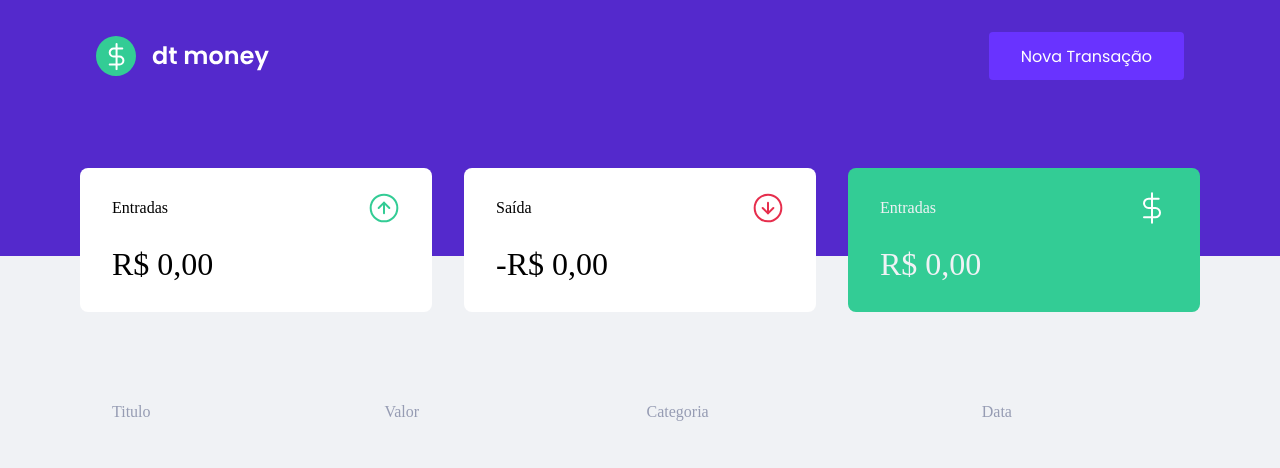
Repository: viniciusfg05/vlmoney
Page: /
These files come from the project's save history. The page is drawn as it stood at one moment and after the next save; the edit follows.
The browser window is 1280 px wide. The pictures show the whole page.
The page's requests for data from a server got no answer. The project was rebuilt for these pictures with package versions that can differ from the ones it lists, and the page was loaded fresh each time. No one was signed in, and anything a server would have sent is missing.

Above is the page before, as saved 2022-02-24 15:32:06.

### public/index.html
<!DOCTYPE html>
<html lang="en">
  <head>
    <link rel="preconnect" href="https://fonts.googleapis.com" />

    <meta charset="utf-8" />
    <meta name="viewport" content="width=device-width, initial-scale=1" />

    <link rel="shortcut icon" href="favicon.png" type="image/png" />

    <link rel="preconnect" href="https://fonts.gstatic.com" crossorigin />
    <link
      href="https://fonts.googleapis.com/css2?family=Poppins:wght@400;500;600&display=swap"
      rel="stylesheet"
    />
    <title>VlMoney</title>
  </head>
  <body>
    <noscript>You need to enable JavaScript to run this app.</noscript>
    <div id="root"></div>
  </body>
</html>

### src/index.tsx
import React from 'react';
import ReactDOM from 'react-dom';
import { App } from './App';
import { createServer, Model } from 'miragejs'

createServer({
  //criando banco de bados
  //começando com o propriedade models
  models : {
    transaction: Model //modulo que vamos criar
  },

  //Para isso vamos chamar um função chamda seeds, que recebe uma propriedade "server"
  //passando nela o "..." dentro dela o nome do modulo ou tabela no plural "transactions"
  //Depois devolvemos as transactions que eu quero iniciar
  seeds(server) {
    server.db.loadData({
      transactions: [
        {
          id: 1,
          title: "Freelancer Jobs",
          type: "deposit",
          category: "Trabalho",
          amount: 5000,
          createAt: new Date("2022-02-12 09:30:30")
        },
        {
          id: 2,
          title: "Aluguel",
          type: "withdraw",
          category: "Moradia",
          amount: 1000,
          createAt: new Date("2022-02-15 11:30:30")
        }
      ]
    })
  },

  routes() {
    this.namespace = 'api';

    this.get('/transactions', () => {
      return this.schema.all('transaction') //retornar todas a transações
    })//quando ouver uma requisição do tipo get para a rota transactions

    //criando uma rota
    this.post('/transactions', (schema, request) => {
      const data = JSON.parse(request.requestBody) //

      return schema.create('transaction', data)
    })
  }
})



//router: rotas fakes
//this.namespace = 'api': na rota informanda no Useffect "http://localhost:3000/api/transactions" apartir da "api"
//this.get('/transactions')//quando ouver uma requisição do tipo get para a rota transactions
//() => : vou devolver alguma coisa

ReactDOM.render(
  <React.StrictMode>
    <App />
  </React.StrictMode>,
  document.getElementById('root')
);

### src/App.tsx
import { Dashboard } from './components/Dashboards';
import Modal from 'react-modal'
import { Header } from './components/Header';
import { GlobalStyles } from './styles/global';
import { NewTransactionModal } from './components/newTransactionModal';
import { TransactionProvider } from './hooks/useTransactions';
import { useState } from 'react';

Modal.setAppElement('#root');

export function App() {
  //cofigurando modal
  const [isNewTransactionModalOpen, setIsNewTransactionModalOpen] = useState(false)//inicia como false

  function handleOpenNewTransactionModal() {
    setIsNewTransactionModalOpen(true)
  }

  function handleCloseNewTransactionModal() {
    setIsNewTransactionModalOpen(false)
  }

  return (
    //ele receber um value desse contexto, preechemos o valor carregado do contexto
    <TransactionProvider>
      <Header onOpenNewTransationModal={handleOpenNewTransactionModal}/>
      <Dashboard />


      <NewTransactionModal
        isOpen={isNewTransactionModalOpen} //passa o estado da aplicação
        onRequestClose={handleCloseNewTransactionModal}
      />


      <GlobalStyles />
    </TransactionProvider>
  );
}

//export default App: pq nao usar que quem defini o nome da exportação é o importação e não a exportação

### src/components/Dashboards/index.tsx
import { Summary } from "../summary";
import { TransitionsTable } from "../transaction";
import { Container } from "./styles";

 export function Dashboard() {
   return (
    <Container>
    <Summary />
    <TransitionsTable />
    </Container>
   )
 }

### src/components/Header/index.tsx
import logoImg from '../../assets/logo.svg'
import { Container, Content } from './styles'

export function Header() {
  return (
    <Container>
      <Content>
        <img src={logoImg} alt="vlmoney" />
        <button>
          Nova Transação
        </button>
      </Content>
    </Container>
  )
}

### src/styles/global.ts
import { createGlobalStyle } from 'styled-components'

export const GlobalStyles = createGlobalStyle`
  :root {
    --background: #f0f2f5;
    --roxo: #5429CC;
    --roxo-light: #6933FF;
    --green: #33CC95;
    --red: #E62E4D;
    --shape: #FFFFFF;
    --title-body: #363F5F;
    --text-body: #969CB3;
  }

  *{
    margin: 0;
    padding: 0;
    box-sizing: border-box;
  }

  html {
    @media (max-width: 1080px) {
      font-size: 93.75%; // 15px
    }

    @media (max-width: 720px) {
      font-size: 87.5%; // 15px
    }
  }

  body {
    background: var(--background) ;
    -webkit-font-smothing: antialiased; //para font ficar mais nitida
  }

  border-style, input, textarea, button {
    font-family: "Poppins", sans-serif;
    font-weight: 400;
  }

  h1, h2, h3, h4, h5, h6, strong {
    font-weight: 600;
  }

  button {
    cursor: pointer;
  }

  [disabled] {
    opacity: 0.6;
    cursor: not-allowed; //nao permitido
  }

  .react-modal-overlay {
    background: rgba(0, 0, 0, 0.5);

    position: fixed;
    top: 0;
    bottom: 0;
    left: 0;
    right: 0;

    display: flex;
    align-items: center;
    justify-content: center;
  }

  .react-modal-content {
    width: 100%;
    max-width: 576px;
    background-color: var(--background);
    padding: 3rem;
    position: relative; //
    border-radius: 0.25rem;

  }

  .react-modal-close {
    position: absolute;
    right: 1.5rem;
    top: 1.5rem;
    border: 0;
    background: transparent;
    transition: 0.3s;



    &:hover {
      filter: brightness(0.8);
    }
  }
`

### src/components/newTransactionModal/index.tsx
import { FormEvent, useState, useContext } from "react";
import Modal from "react-modal";
import { Container, TrasactionTypeContainer, RadioButton } from "./styles";
import { useTransactions } from '../../hooks/useTransactions'
import closeImg from "../../assets/close.svg"
import incomeImg from "../../assets/income.svg"
import outcomeImg from "../../assets/outcome.svg"



interface NewTransactionModaProps {
    isOpen: boolean;
    onRequestClose: () => void;
}


export function NewTransactionModal({isOpen, onRequestClose}: NewTransactionModaProps) {
    //Tranzendo o contexto
    const { createTransaction } = useTransactions()


    //Para armazenar os estados do formularia
    const [ title, setTitle ] = useState("");
    const [ amount, setAmount ] = useState(0);
    const [ category, setCategory ] = useState("")


    const [type, setType] = useState('deposit');

    //função de capturar as informaçoes do modal
    async function handleCreateNewTransactionModal(event: FormEvent) {
        event.preventDefault();

        await createTransaction({
            title,
            amount,
            category,
            type
        })

        //reseta as informações
        setTitle('');
        setAmount(0);
        setCategory('');
        setType('deposit');

        onRequestClose();
        //fechar a modal após a finalizaão da inserção

    }
    return(
        <Modal
        isOpen={isOpen}
        onRequestClose={onRequestClose}
        overlayClassName="react-modal-overlay" //Para mudar a class do modal
        className="react-modal-content" //Nova class do modal
        >

        <button type="button" onClick={onRequestClose} className="react-modal-close">
            <img src={closeImg} alt="fechar modal" />
        </button>
        <Container onSubmit={handleCreateNewTransactionModal}>
            <h2>Cadastrar transação</h2>


            <input
            placeholder="Titulo"
            value={title}
            onChange={event => setTitle(event.target.value)} //Uma função que executa, toda vez que um novo texto for digitado no input
            />


            <input
            type="number"
            placeholder="Valor"
            value={amount}
            onChange={event => setAmount(Number(event.target.value))} //Uma função que executa, toda vez que um novo texto for digitado no input
            />

            <TrasactionTypeContainer>
                <RadioButton
                type="button"
                isActive={type === 'deposit'}  //nome que eu quiser dar
                activeColor="green"
                onClick={() => setType('deposit')}
                >
                    <img src={incomeImg} alt="Entrada" />
                    <span>Entrada</span>
                </RadioButton>

                <RadioButton
                    type="button"
                    isActive={type === 'withdraw'}  //nome que eu quiser dar
                    activeColor="red"
                    onClick={() => setType('withdraw')}
                >
                    <img src={outcomeImg} alt="Saida" />
                    <span>Saída</span>
                </RadioButton>
            </TrasactionTypeContainer>

            <input
            placeholder="Categoria"
            value={category}
            onChange={event => setCategory(event.target.value)} //Uma função que executa, toda vez que um novo texto for digitado no input
            />

            <button type="submit">
                Cadastrar
            </button>
        </Container>
      </Modal>
    );
}

function TransactionContext(TransactionContext: any) {
    throw new Error("Function not implemented.");
}

### src/hooks/useTransactions.tsx
import { createContext, useEffect, useState, ReactNode, useContext } from 'react'
import { api } from '../services/api';

interface Transaction {
  id: number;
  title: string;
  amount: number;
  type: string;
  category: string;
  createdAt: number; //depois vou precisar converter para uma data
}

//usando um sintaxe
type TransactionInput = Omit<Transaction, 'id' | 'createdAt'>;
//Aq diz basicamente que "TransactionInput" vai erdar todos os compos "Transaction" menos id e createAt, pq estamos omitindo eles outra forma é usar no lugar de "Omit" o "Pick" nele eu infomor quais campos eu quero


interface TransactionsProviderProps {
  children: ReactNode;
}

interface TransactionContextData {
  transactions: Transaction[];
  createTransaction: (transaction: TransactionInput) => Promise<void>;
}

//como o TransactionInput é assincona temos q passar o Promise - Promise<void>

const TransactionsContext = createContext<TransactionContextData>(
  {} as TransactionContextData
  );

export function TransactionProvider({children}: TransactionsProviderProps) {

  const [ transactions, setTransactions ] = useState<Transaction[]>([]);


  useEffect(() => {
    api.get('transactions') //rota possivelmente criariamos no futuro
    .then(response => setTransactions(response.data.transactions))
  }, [])

  async function createTransaction(transactionInput: TransactionInput) {
    const response = await api.post('/transactions', transactionInput)
    const {transaction} = response.data //{transaction}: de onde na api da o array com as transections inseridas/ response.data: pega os dados

    setTransactions(
      [
        ...transactions,
        transaction
      ]
    );
  }

  return (
    <TransactionsContext.Provider value={{ transactions, createTransaction }}>
      {children}
    </TransactionsContext.Provider>
  )
}

// um hook no react ele sempre pode ultilizar outro hook
export function useTransactions() {
  const context = useContext(TransactionsContext)

  return context;
}

### src/components/summary/index.tsx
import React, { useContext } from 'react';
import incomeImg from '../../assets/income.svg';
import outcomeImg from '../../assets/outcome.svg';
import totalImg from '../../assets/total.svg';
import { useTransactions } from '../../hooks/useTransactions'



import { Container } from "./styles";

 export function Summary() {
   //desse jeito ja temos o valor de data pra gente / contexto
  const {transactions} = useTransactions();

  const summary = transactions.reduce((acc, transaction) => {
    if (transaction.type === 'deposit') {
      acc.deposits += transaction.amount
      acc.total += transaction.amount
    } else {
      acc.withdraws += transaction.amount
      acc.total -= transaction.amount
    }

    return acc; //retorno o acumulator no final
    //reduce precisa que sempre return o acc com as mudanças
  }, {
    deposits: 0,
    withdraws: 0,
    total: 0
  });


  return (
    <Container >
      <div>
        <header>
          <p>Entradas</p>
          <img src={incomeImg} alt="Entradas" />
        </header>
        <strong>
          {new Intl.NumberFormat('pt-BR', {
            style: 'currency',
            currency: 'BRL'
          }).format(summary.deposits)}
        </strong>
      </div>

      <div>
        <header>
          <p>Saída</p>
          <img src={outcomeImg} alt="Saidas" />
        </header>
        <strong> -
          {new Intl.NumberFormat('pt-BR', {
            style: 'currency',
            currency: 'BRL'
          }).format(summary.withdraws)}
        </strong>
      </div>

      <div className="light-background">
        <header>
          <p>Entradas</p>
          <img src={totalImg} alt="total" />
        </header>
        <strong>
          {new Intl.NumberFormat('pt-BR', {
            style: 'currency',
            currency: 'BRL'
          }).format(summary.total)}
        </strong>
      </div>
    </Container >
  )
 }

### src/components/transaction/index.tsx
import { useEffect, useState, useContext } from "react";
import { api } from "../../services/api";
import { Container } from "./styles";
import { useTransactions } from '../../hooks/useTransactions'




export function TransitionsTable() {
  //pega as transactions do contexto
  const {transactions} = useTransactions()

  return (
    <Container>
      <table>
        <thead >
          <tr>
            <th>Titulo</th>
            <th>Valor</th>
            <th>Categoria</th>
            <th>Data</th>
          </tr>
        </thead>
        <tbody>
          { transactions.map(transaction => (
              <tr key={transaction.id}>
                <td>{transaction.title}</td>
                <td className={transaction.type}>
                  {new Intl.NumberFormat('pt-BR', {
                    style: 'currency',
                    currency: 'BRL'
                  }).format(transaction.amount)}
                </td>
                <td>{transaction.category}</td>
                <td>
                  {new Intl.DateTimeFormat('pt-BR').format(transaction.createdAt)}
                </td>


              </tr>
            //Para tirar o retur tiramos as {} por ()

            //começou a da erro pq ele não consegue entender a tipagem do transaction
          ))}
        </tbody>
      </table>
    </Container>
  )
}

### src/components/Dashboards/styles.ts
import styled from "styled-components";

 export const Container = styled.main`
  max-width: 1120px;
  margin: 0 auto;
  padding: 2.5 1rem;
 `;

### src/components/Header/styles.ts
import styled from 'styled-components'

export const Container = styled.header`
  background-color: var(--roxo);
`;

export const Content = styled.div`
  max-width: 1120px;
  margin: 0 auto;

  padding: 2rem 1rem 11rem;

  display: flex;
  align-items: center;
  justify-content: space-between;

  button{
    font-size:  1rem;
    color: #fff;
    background: var(--roxo-light);
    border: 0;
    padding: 0 2rem;
    border-radius: 0.25rem;
    height: 3rem;
    transition: 0.3s;

    &:hover {
      filter:brightness(0.9)
    }
  }
`;

### src/components/newTransactionModal/styles.ts
import styled from 'styled-components'
import { darken, transparentize } from 'polished' //escurecer uma cor

export const Container = styled.form`
    h2 {
        color: var(--title-body);
        font-size: 1.5rem;
        margin-bottom: 2rem;

    }

    input {
        width: 100%;
        padding: 0 1.5rem;
        height: 4rem;
        border-radius: 0.25rem;

        border: 1px solid #d7d7d7;
        background-color: #e7e9ee;

        font-weight: 400;
        font-size: 1rem;

        &::placeholder {
            color: var(--text-body);
        }

        & + input {
            margin-top: 1rem
        }

    }

    button[type="submit"]{
        width: 100%;
        padding: 0 1.5rem;
        height: 4rem;
        background-color: var(--green);
        color: #fff;
        border: none;
        border-radius: 0.25rem;
        font-size: 1rem;
        margin-top: 1.5rem;
        transition: 0.3s;
        font-weight: 600;

        &:hover {
            filter: brightness(0.7);
        }
    }


`

export const TrasactionTypeContainer = styled.div`
    margin: 1rem 0;
    display: grid;
    grid-template-columns: 1fr 1fr;
    gap: 0.5rem;
`


interface RadioButtonProps {
    isActive: boolean;
    activeColor: 'green' | 'red';
}

//faz o map das color
const colors = {
    green: '#33CC95',
    red: '#E62E4D',
}

export const RadioButton = styled.button<RadioButtonProps>`
    height: 4rem;
    border: 1px solid #d7d7d7;
    border-radius: 0.25rem;
    background: ${(props) => props.isActive
        ? transparentize(0.9, colors[props.activeColor])
        : 'transparent'
    };
    display: flex;
    align-items: center;
    justify-content: center;
    transition: border-color 0.3s;

    &:hover {
    border-color: ${darken(0.1, '#d7d7d7')};
    }

    /* .buttonTypeIncome:hover,
    .buttonTypeOutcome:hover {
        filter: brightness(0.9);
    } */

    span {
        font-size: 1rem;
        margin-left: 1rem;
        color: var(--text-body);
    }

    img {
        width: 1.5rem;
    }


`

### src/services/api.ts
import axios from 'axios';

//Criando um instancia


export const api = axios.create({
    baseURL: 'http://localhost:3000/api',//vamos colocar o endereço que se repete em todas a requisições
})

### src/components/summary/styles.ts
import styled from "styled-components";

 export const Container = styled.div`
  display: grid;
  grid-template-columns: repeat(3, 1fr);
  gap: 2rem;
  margin-top: -5.5rem;

  div{
    background: var(--shape);
    padding: 1.5rem 2rem;
    border-radius: 0.5rem;

    header{
      display: flex;
      align-items: center;
      justify-content: space-between;
    }

    strong {
      display: block;
      margin-top: 1rem;
      font-size: 2rem;
      font-weight: 500;
      line-height: 3rem; //ocupar um pouco mais de espaço dentro
    }

    &.light-background {
      background: var(--green);
      color: var(--background);

    }
  }
 `;

### src/components/transaction/styles.ts
import styled from "styled-components";

export const Container = styled.div`
  margin-top: 4rem;

  table{
    width: 100%;
    border-spacing: 0 0.5rem;//para da espaçamento nas bordas da tabela

    th {
      color: var(--text-body);
      font-weight: 400;
      padding: 1rem 2rem;
      text-align: left;
      line-height: 1.5rem;
    }

    td{
      padding: 1rem 2rem;
      background: var(--shape);
      color: var(--text-body);
      border-radius: 0.5rem;

      &:first-child{
        color: var(--title-body);
      }

      &.deposit {
        color: var(--green);
      }

      &.withdraw{
        color: var(--red);
      }
    }


  }
`

After the next save:
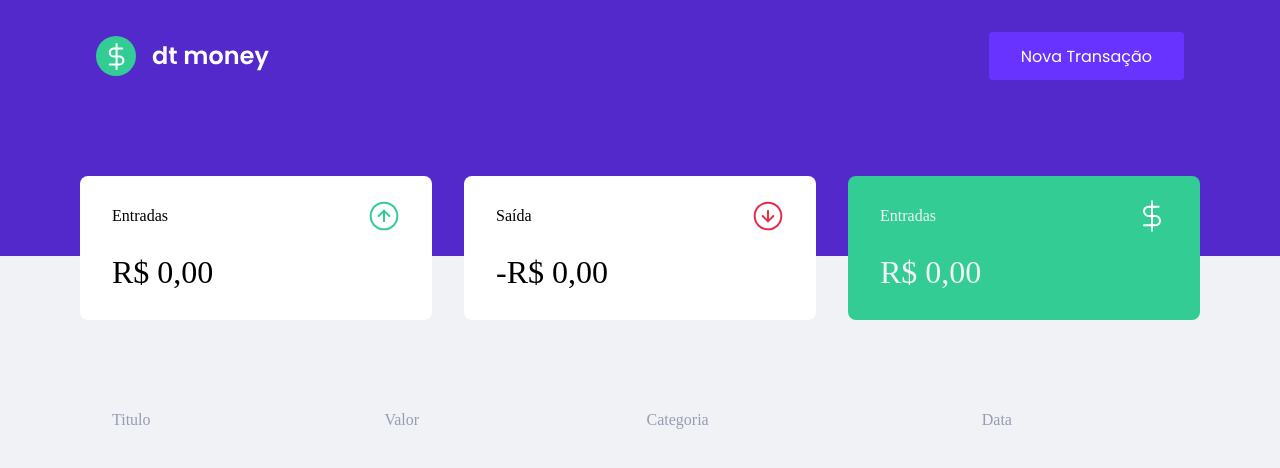
Saved 4 s later.
--- a/src/components/summary/styles.ts
+++ b/src/components/summary/styles.ts
@@ -4,7 +4,7 @@ import styled from "styled-components";
   display: grid;
   grid-template-columns: repeat(3, 1fr);
   gap: 2rem;
-  margin-top: -5.5rem;
+  margin-top: -5rem;
 
   div{
     background: var(--shape);
